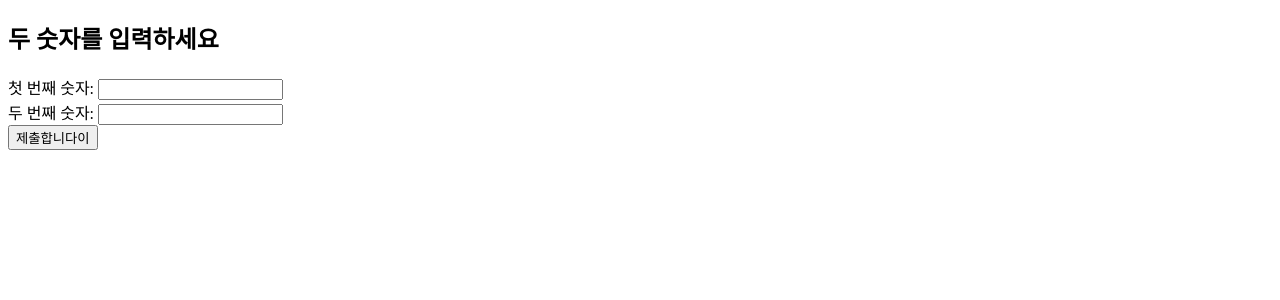
Repository: siwoo1214/acorn_spring
Page: http://localhost/day1Prac/form
These files come from the project's save history. The page is drawn as it stood at one moment and after the next save; the edit follows.
The browser window is 1280 px wide. The pictures show the whole page.
The page is served by Tomcat 9.

Above is the page before, as saved 2025-05-07 06:11:09.

After the next save:
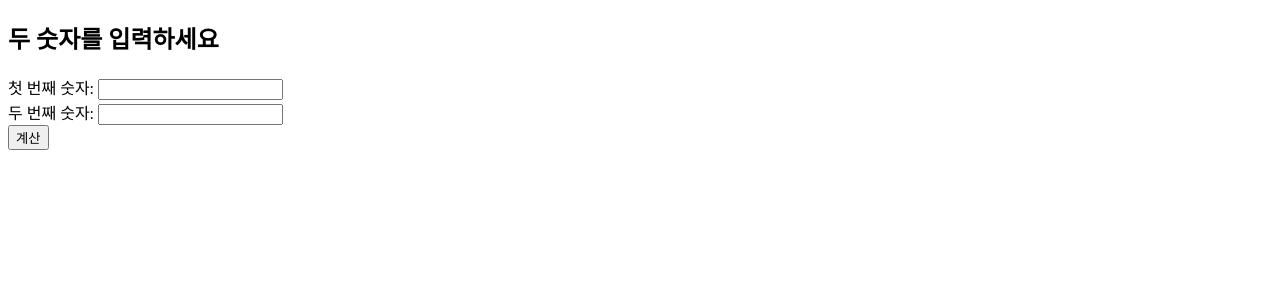
Saved 41 s later.
--- a/day1Prac/src/main/webapp/WEB-INF/views/form.jsp
+++ b/day1Prac/src/main/webapp/WEB-INF/views/form.jsp
@@ -11,7 +11,7 @@
 	<form action="Calc1" method="get">
 		첫 번째 숫자: <input type="number" name="num1" required><br>
         두 번째 숫자: <input type="number" name="num2" required><br>
-        <button>제출합니다이</button>
+		<input type="submit" value="계산">
 	</form>
 </body>
 </html>
